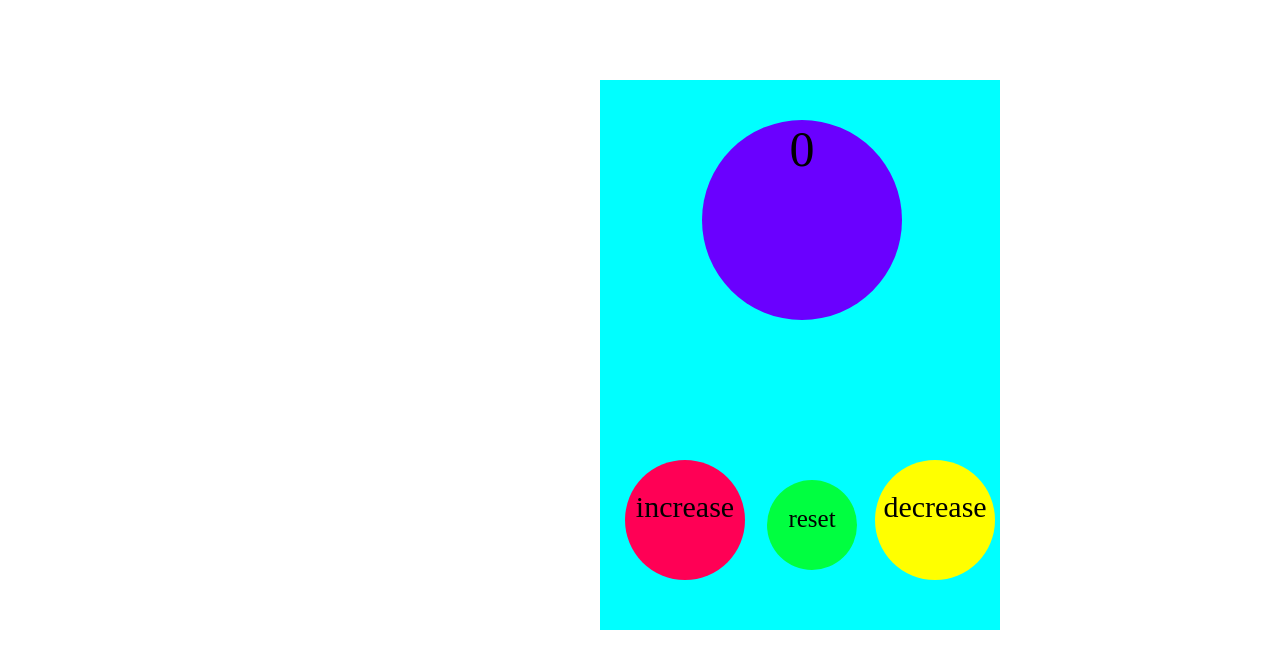
Repository: sara55m/Counter_App
Page: index.html
An editor plug-in stored every save of this project. The page is shown before and after the next save, followed by the edit.
The browser window is 1280 px wide. The pictures show the whole page.

Above is the page before, as saved 2024-07-30 03:43:37.

### index.html
<!DOCTYPE html>
<html lang="en">
<head>
    <meta charset="UTF-8">
    <meta name="viewport" content="width=device-width, initial-scale=1.0">
    <title>Document</title>
    <link rel="stylesheet" href="css/style.css">
</head>
<body>
    <div class="container">
        <div class="main" id="main"></div>
        <div class="increase" id="increase" onclick="increase()"><p class="first">increase</p></div>
        <div class="decrease" id="decrease" onclick="decrease()"><p class="second">decrease</p></div>
        <div class="reset" onclick="reset_1()"><p class="third">reset</p></div>
    </div>
    <script src="js/script.js"></script>
</body>
</html>

### css/style.css
.container{
    position: absolute;
    top:80px;
    left:600px;
    height:550px;
    width:400px;
    background-color: aqua;
}

.main{
    position:absolute;
    top:40px;
    left:102px;
    height:200px;
    width:200px;
    border-radius: 50%;
    background-color: rgb(106, 0, 255);
    text-align: center;
    font-size: 50px;
}

.increase{
    position:absolute;
    top:380px;
    left:25px;
    height:120px;
    width:120px;
    border-radius: 50%;
    background-color: rgb(255, 0, 85);
    text-align: center;
    font-size: 50px;
}
p.first,p.second{
    font-size: 30px;;
}

.decrease{
    position:absolute;
    top:380px;
    left:275px;
    height:120px;
    width:120px;
    border-radius: 50%;
    background-color:yellow;
    text-align: center;
    font-size: 50px;
}

.reset{
    position:absolute;
    top:400px;
    left:167px;
    height:90px;
    width:90px;
    border-radius: 50%;
    background-color: rgb(0, 255, 64);
    text-align: center;
    font-size: 50px;
}

p.third{
    font-size: 25px;;
}

### js/script.js
let count=0;
document.getElementById("main").innerHTML=count;
function increase(){
    count+=1;
    document.getElementById("main").innerHTML=count;
}


function decrease(){
    count-=1;
    document.getElementById("main").innerHTML=count;

}

function reset_1(){
    let count=0;
    let x=document.getElementById("main").innerHTML=count;

}

After the next save:
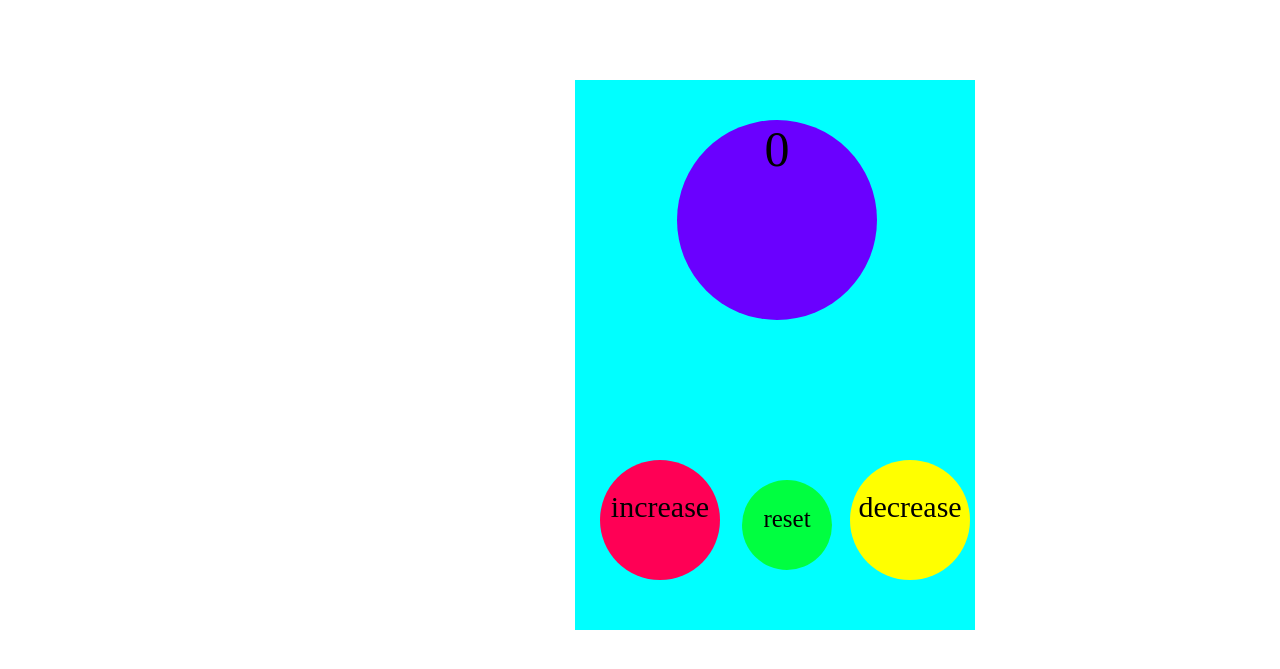
Saved 58 s later.
--- a/css/style.css
+++ b/css/style.css
@@ -1,7 +1,7 @@
 .container{
     position: absolute;
     top:80px;
-    left:600px;
+    left:575px;
     height:550px;
     width:400px;
     background-color: aqua;
